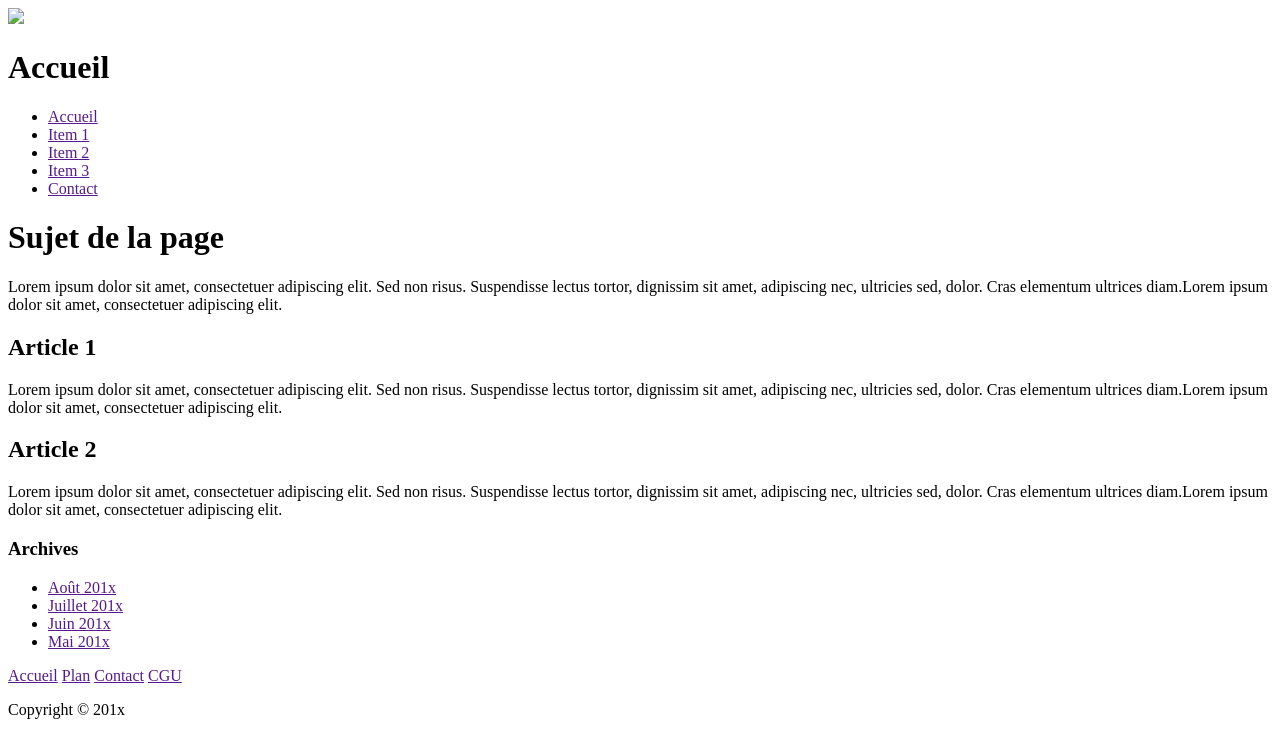
Repository: Moana007/javaee-workspace
Page: Site_cours/WebContent/index.html
The author's editor kept a copy of each file at every save. The page is drawn from the files as they stood at one save, then again after the next save.
The browser window is 1280 px wide. The pictures show the whole page.

Above is the page before, as saved 2019-01-25 13:56:18.
Not found: Site_cours/WebContent/logo.png

### Site_cours/WebContent/index.html
<!DOCTYPE html>
<html lang="fr">
<head>
<meta charset="UTF-8">
<title>Site cours (index)</title>
</head>
<body>

	<img src="logo.png">
	<h1>Accueil</h1>

	<ul>
		<li><a href="">Accueil</a></li>
		<li><a href="">Item 1</a></li>
		<li><a href="">Item 2</a></li>
		<li><a href="">Item 3</a></li>
		<li><a href="">Contact</a></li>
	</ul>

<h1>Sujet de la page</h1>
<p>Lorem ipsum dolor sit amet, consectetuer adipiscing elit. Sed non risus. Suspendisse lectus tortor, dignissim sit amet,
adipiscing nec, ultricies sed, dolor. Cras elementum ultrices diam.Lorem ipsum dolor sit amet, consectetuer adipiscing elit.</p>

<h2>Article 1</h2>
<p>Lorem ipsum dolor sit amet, consectetuer adipiscing elit. Sed non risus. Suspendisse lectus tortor, dignissim sit amet,
adipiscing nec, ultricies sed, dolor. Cras elementum ultrices diam.Lorem ipsum dolor sit amet, consectetuer adipiscing elit.</p>

<h2>Article 2</h2>
<p>Lorem ipsum dolor sit amet, consectetuer adipiscing elit. Sed non risus. Suspendisse lectus tortor, dignissim sit amet,
 adipiscing nec, ultricies sed, dolor. Cras elementum ultrices diam.Lorem ipsum dolor sit amet, consectetuer adipiscing elit.</p>

<h3>Archives</h3>
<ul>
  <li><a href="">Août 201x</a></li>
  <li><a href="">Juillet 201x</a></li>
  <li><a href="">Juin 201x</a></li>
  <li><a href="">Mai 201x</a></li>
</ul>


<a href="">Accueil</a>
<a href="">Plan</a>
<a href="">Contact</a>
<a href="">CGU</a>

<p>Copyright &copy; 201x </p>

</body>
</html>

After the next save:
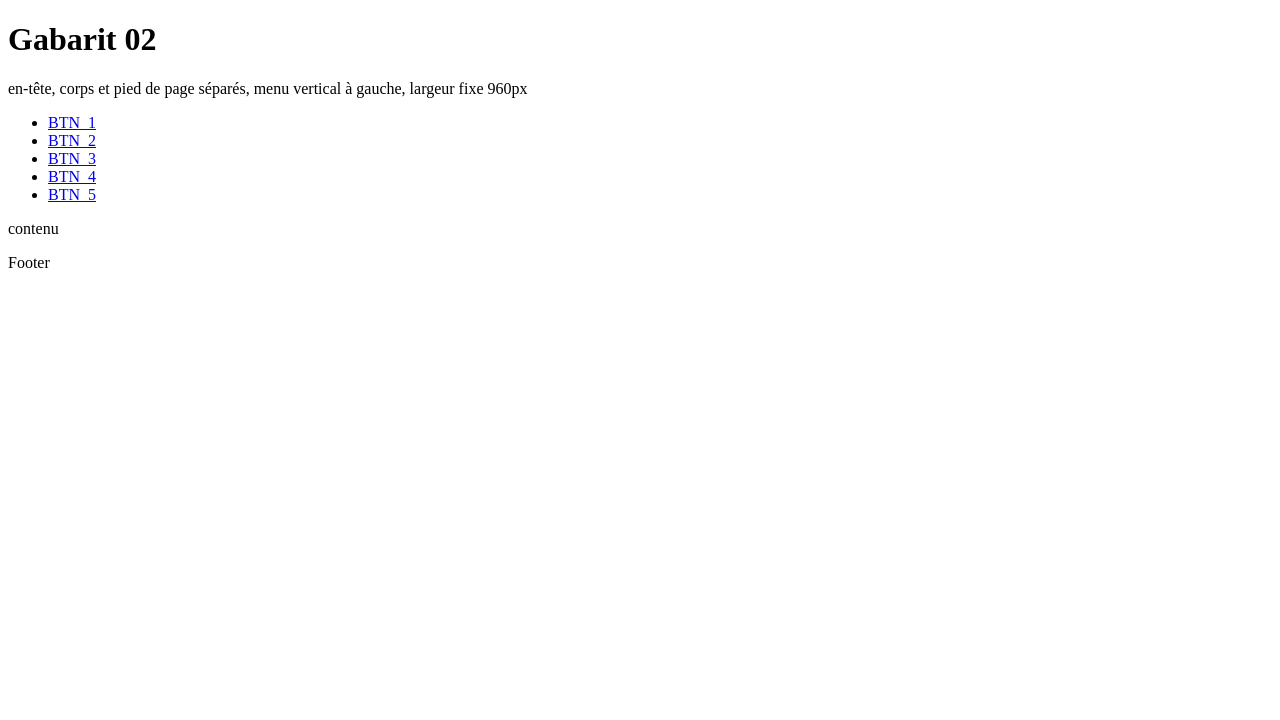
Saved 94 s later.
--- a/Site_cours/WebContent/index.html
+++ b/Site_cours/WebContent/index.html
@@ -5,45 +5,28 @@
 <title>Site cours (index)</title>
 </head>
 <body>
-
-	<img src="logo.png">
-	<h1>Accueil</h1>
-
-	<ul>
-		<li><a href="">Accueil</a></li>
-		<li><a href="">Item 1</a></li>
-		<li><a href="">Item 2</a></li>
-		<li><a href="">Item 3</a></li>
-		<li><a href="">Contact</a></li>
-	</ul>
-
-<h1>Sujet de la page</h1>
-<p>Lorem ipsum dolor sit amet, consectetuer adipiscing elit. Sed non risus. Suspendisse lectus tortor, dignissim sit amet,
-adipiscing nec, ultricies sed, dolor. Cras elementum ultrices diam.Lorem ipsum dolor sit amet, consectetuer adipiscing elit.</p>
-
-<h2>Article 1</h2>
-<p>Lorem ipsum dolor sit amet, consectetuer adipiscing elit. Sed non risus. Suspendisse lectus tortor, dignissim sit amet,
-adipiscing nec, ultricies sed, dolor. Cras elementum ultrices diam.Lorem ipsum dolor sit amet, consectetuer adipiscing elit.</p>
-
-<h2>Article 2</h2>
-<p>Lorem ipsum dolor sit amet, consectetuer adipiscing elit. Sed non risus. Suspendisse lectus tortor, dignissim sit amet,
- adipiscing nec, ultricies sed, dolor. Cras elementum ultrices diam.Lorem ipsum dolor sit amet, consectetuer adipiscing elit.</p>
-
-<h3>Archives</h3>
-<ul>
-  <li><a href="">Août 201x</a></li>
-  <li><a href="">Juillet 201x</a></li>
-  <li><a href="">Juin 201x</a></li>
-  <li><a href="">Mai 201x</a></li>
-</ul>
-
-
-<a href="">Accueil</a>
-<a href="">Plan</a>
-<a href="">Contact</a>
-<a href="">CGU</a>
-
-<p>Copyright &copy; 201x </p>
-
+    <div id="global">
+        <div id="entete">
+            <h1>Gabarit 02</h1>
+            <p class="sous-titre">en-tête, corps et pied de page séparés, menu vertical à gauche, largeur fixe 960px</p>
+        </div>
+        <div id="centre">
+            <div id="navigation">
+               	<ul>
+                <li><a href="#">BTN_1</a></li>
+                <li><a href="#">BTN_2</a></li>
+                <li><a href="#">BTN_3</a></li>
+                <li><a href="#">BTN_4</a></li>
+                <li><a href="#">BTN_5</a></li>
+                </ul>
+            </div>
+            <div id="contenu">
+               <p>contenu</p>
+            </div>
+        </div>
+        <div id="pied">
+            <p>Footer</p>
+        </div>
+    </div>
 </body>
 </html>
